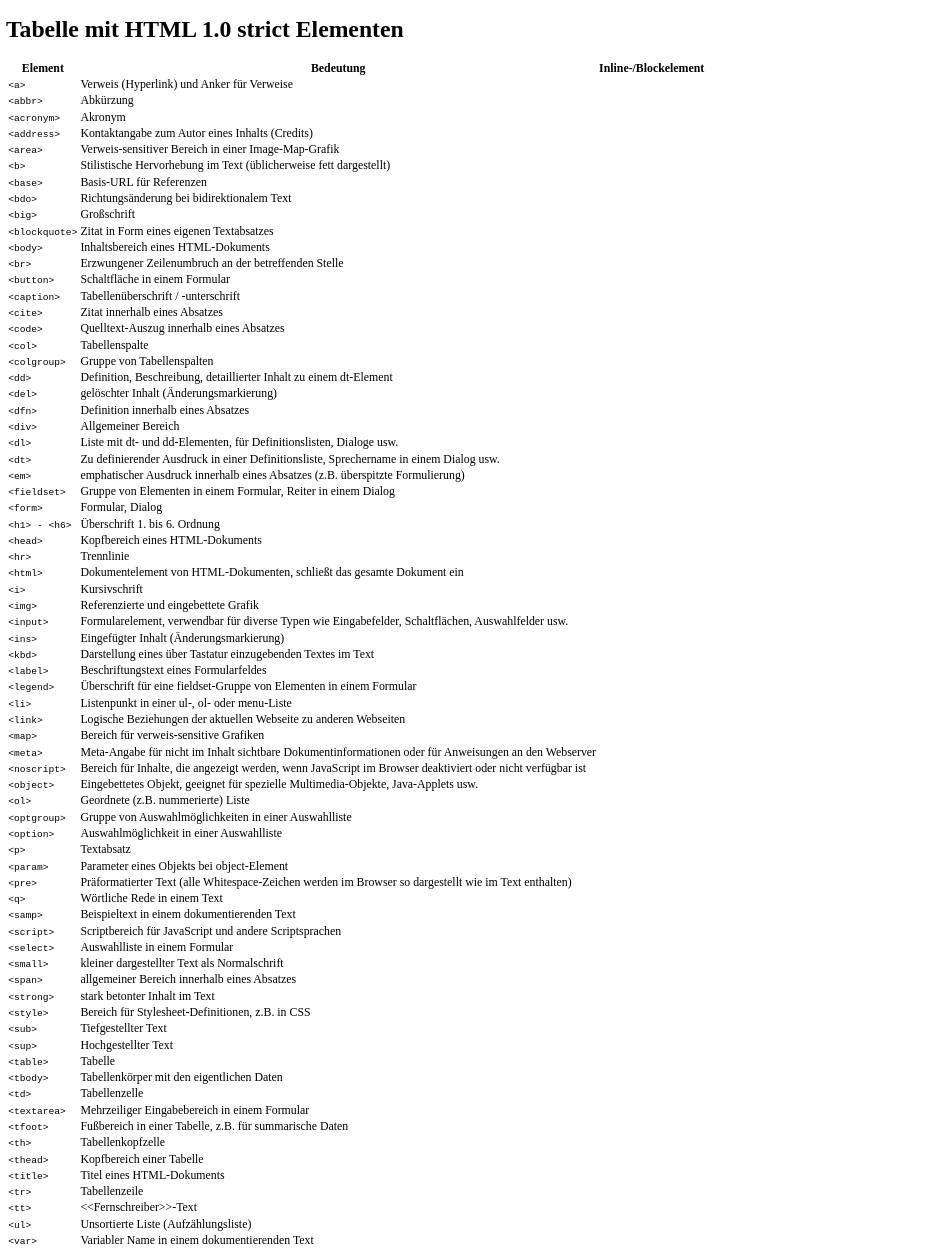
Repository: pLurchi/MyWebengineeringRepo
Page: RemoteSystemsTempFiles/HA-Kapitel06/WebContent/index.html
An editor plug-in stored every save of this project. The page is shown before and after the next save, followed by the edit.
The browser window is 1280 px wide. The pictures show the whole page, at 74% of full size.

Above is the page before, as saved 2013-11-28 17:23:44.

After the next save:
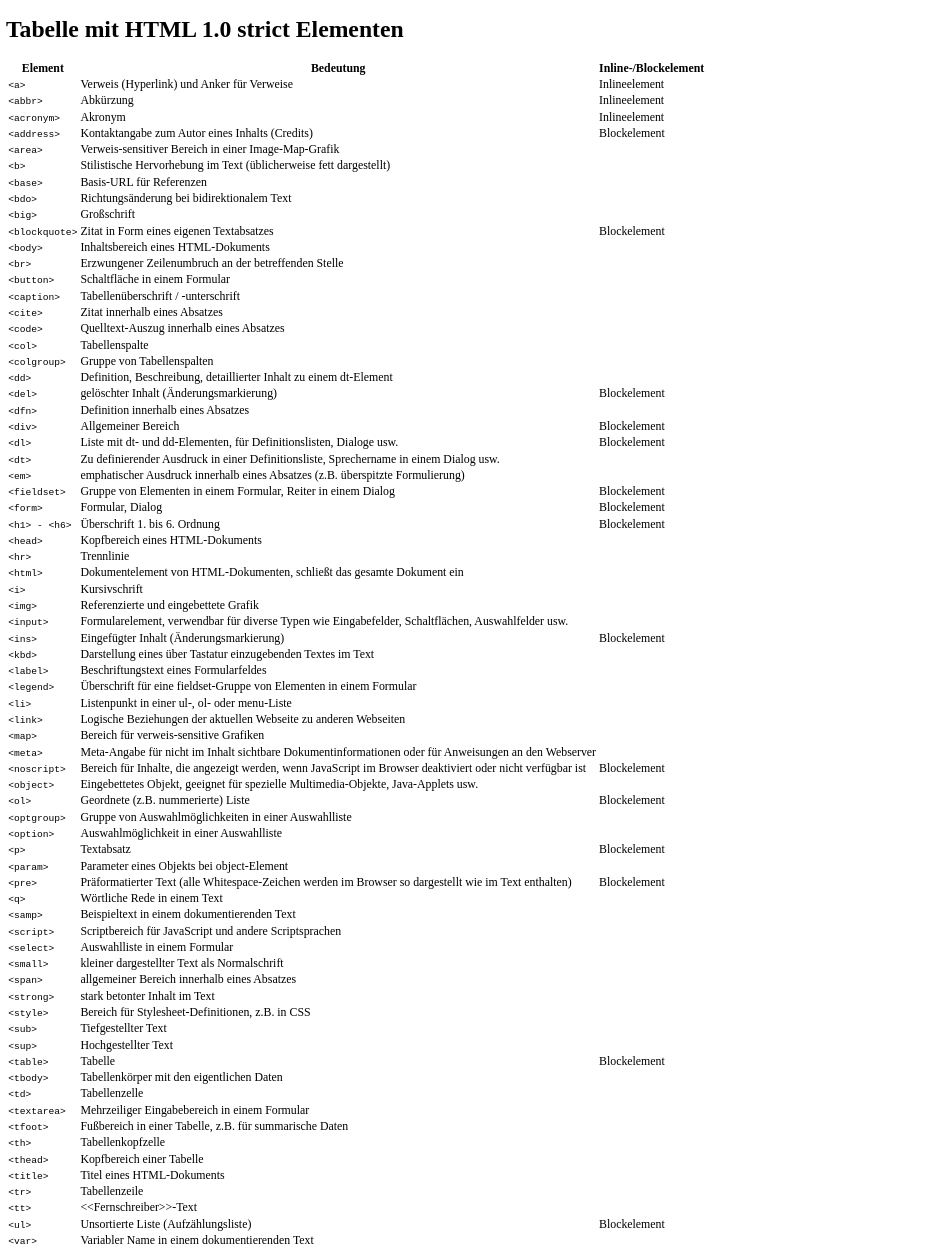
Saved 2 min 46 s later.
--- a/RemoteSystemsTempFiles/HA-Kapitel06/WebContent/index.html
+++ b/RemoteSystemsTempFiles/HA-Kapitel06/WebContent/index.html
@@ -19,18 +19,22 @@
 		<tr>
 			<td><tt>&lt;a&gt;</tt></td>
 			<td>Verweis (Hyperlink) und Anker für Verweise</td>
+			<td>Inlineelement</td>
 		</tr>
 		<tr>
 			<td><tt>&lt;abbr&gt;</tt></td>
 			<td>Abkürzung</td>
+			<td>Inlineelement</td>
 		</tr>
 		<tr>
 			<td><tt>&lt;acronym&gt;</tt></td>
 			<td>Akronym</td>
+			<td>Inlineelement</td>
 		</tr>
 		<tr>
 			<td><tt>&lt;address&gt;</tt></td>
 			<td>Kontaktangabe zum Autor eines Inhalts (Credits)</td>
+			<td>Blockelement</td>
 		</tr>
 		<tr>
 			<td><tt>&lt;area&gt;</tt></td>
@@ -55,6 +59,7 @@
 		<tr>
 			<td><tt>&lt;blockquote&gt;</tt></td>
 			<td>Zitat in Form eines eigenen Textabsatzes</td>
+			<td>Blockelement</td>
 		</tr>
 		<tr>
 			<td><tt>&lt;body&gt;</tt></td>
@@ -95,6 +100,7 @@
 		<tr>
 			<td><tt>&lt;del&gt;</tt></td>
 			<td>gelöschter Inhalt (Änderungsmarkierung)</td>
+			<td>Blockelement</td>
 		</tr>
 		<tr>
 			<td><tt>&lt;dfn&gt;</tt></td>
@@ -103,10 +109,12 @@
 		<tr>
 			<td><tt>&lt;div&gt;</tt></td>
 			<td>Allgemeiner Bereich</td>
+			<td>Blockelement</td>
 		</tr>
 		<tr>
 			<td><tt>&lt;dl&gt;</tt></td>
 			<td>Liste mit dt- und dd-Elementen, für Definitionslisten, Dialoge usw.</td>
+			<td>Blockelement</td>
 		</tr>
 		<tr>
 			<td><tt>&lt;dt&gt;</tt></td>
@@ -119,14 +127,17 @@
 		<tr>
 			<td><tt>&lt;fieldset&gt;</tt></td>
 			<td>Gruppe von Elementen in einem Formular, Reiter in einem Dialog</td>
+			<td>Blockelement</td>
 		</tr>
 		<tr>
 			<td><tt>&lt;form&gt;</tt></td>
 			<td>Formular, Dialog</td>
+			<td>Blockelement</td>
 		</tr>
 		<tr>
 			<td><tt>&lt;h1&gt; - &lt;h6&gt;</tt></td>
 		<td>Überschrift 1. bis 6. Ordnung</td>
+		<td>Blockelement</td>
 		</tr>
 		<tr>
 			<td><tt>&lt;head&gt;</tt></td>
@@ -155,6 +166,7 @@
 		<tr>
 			<td><tt>&lt;ins&gt;</tt></td>
 			<td>Eingefügter Inhalt (Änderungsmarkierung)</td>
+			<td>Blockelement</td>
 		</tr>
 		<tr>
 			<td><tt>&lt;kbd&gt;</tt></td>
@@ -187,6 +199,7 @@
 		<tr>
 			<td><tt>&lt;noscript&gt;</tt></td>
 			<td>Bereich für Inhalte, die angezeigt werden, wenn JavaScript im Browser deaktiviert oder nicht verfügbar ist</td>
+			<td>Blockelement</td>
 		</tr>
 		<tr>
 			<td><tt>&lt;object&gt;</tt></td>
@@ -195,6 +208,7 @@
 		<tr>
 			<td><tt>&lt;ol&gt;</tt></td>
 			<td>Geordnete (z.B. nummerierte) Liste</td>
+			<td>Blockelement</td>
 		</tr>
 		<tr>
 			<td><tt>&lt;optgroup&gt;</tt></td>
@@ -207,6 +221,7 @@
 		<tr>
 			<td><tt>&lt;p&gt;</tt></td>
 			<td>Textabsatz</td>
+			<td>Blockelement</td>
 		</tr>
 		<tr>
 			<td><tt>&lt;param&gt;</tt></td>
@@ -215,6 +230,7 @@
 		<tr>
 			<td><tt>&lt;pre&gt;</tt></td>
 			<td>Präformatierter Text (alle Whitespace-Zeichen werden im Browser so dargestellt wie im Text enthalten)</td>
+			<td>Blockelement</td>
 		</tr>
 		<tr>
 			<td><tt>&lt;q&gt;</tt></td>
@@ -259,6 +275,7 @@
 		<tr>
 			<td><tt>&lt;table&gt;</tt></td>
 			<td>Tabelle</td>
+			<td>Blockelement</td>
 		</tr>
 		<tr>
 			<td><tt>&lt;tbody&gt;</tt></td>
@@ -299,6 +316,7 @@
 		<tr>
 			<td><tt>&lt;ul&gt;</tt></td>
 			<td>Unsortierte Liste (Aufzählungsliste)</td>
+			<td>Blockelement</td>
 		</tr>
 		<tr>
 			<td><tt>&lt;var&gt;</tt></td>
